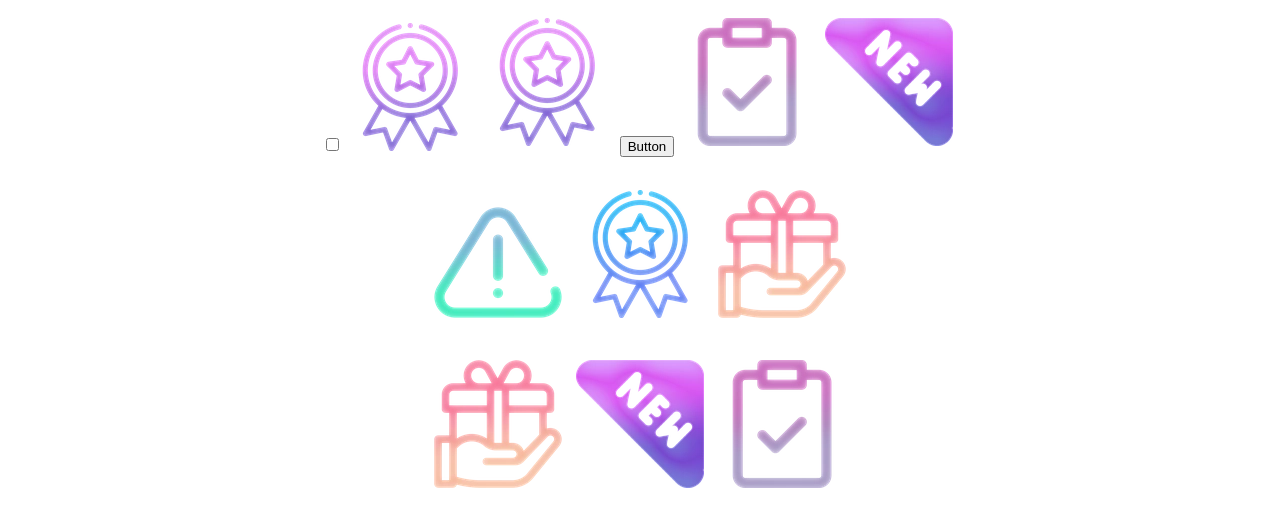
Repository: vichubenzene/-MWin_ui
Page: main.html
An editor plug-in stored every save of this project. The page is shown before and after the next save, followed by the edit.
The browser window is 1280 px wide. The pictures show the whole page.

Above is the page before, as saved 2022-10-10 11:29:26.

### main.html
<!DOCTYPE html>
<html>

<head>
    <style>
        .column {
            float: center;
            padding: 5px;
            min-width: "22vh";
            min-height: "22vh";
        }
        /* Clear floats after image containers */

        .row::after {
            content: "";
            float: center;
            clear: both;
            display: table;
        }
    </style>
</head>

<body>
    <div class="row" style=" text-align: center">
        <div class="column" style=" text-align: center">
            <input type="checkbox" id="myCheckbox1" />
            <label for="myCheckbox1"><img src="images/834538140450160661.png" /></label>
            <img src="images/834538140450160661.png" alt="Snow" style="padding: 5px">
            <button class="btn">Button</button>
            <img src="images/834541394987057242.png" alt="Snow" style="padding: 5px">
            <img src="images/834535415628562442 (1).png" alt="Snow" style=" padding: 5px">
        </div>
    </div>
    <br>
    <div class="row" style=" text-align: center">
        <div class="column" style=" text-align: center">
            <img src="images/834541395074613248.png" alt="Snow" style="padding: 5px">
            <img src="images/834541395930251336.png" alt="Snow" style="padding: 5px">
            <img src="images/834541395749371916.png" alt="Snow" style="padding: 5px">

        </div>
    </div>
    <br>
    <div class="row" style=" text-align: center">
        <div class="column" style=" text-align: center">
            <img src="images/834541395749371916.png" alt="Snow" style="padding: 5px">
            <img src="images/834535415628562442 (1).png" alt="Snow" style="padding: 5px">
            <img src="images/834541394987057242.png" alt="Snow" style="padding: 5px">
        </div>
    </div>


</body>

</html>

After the next save:
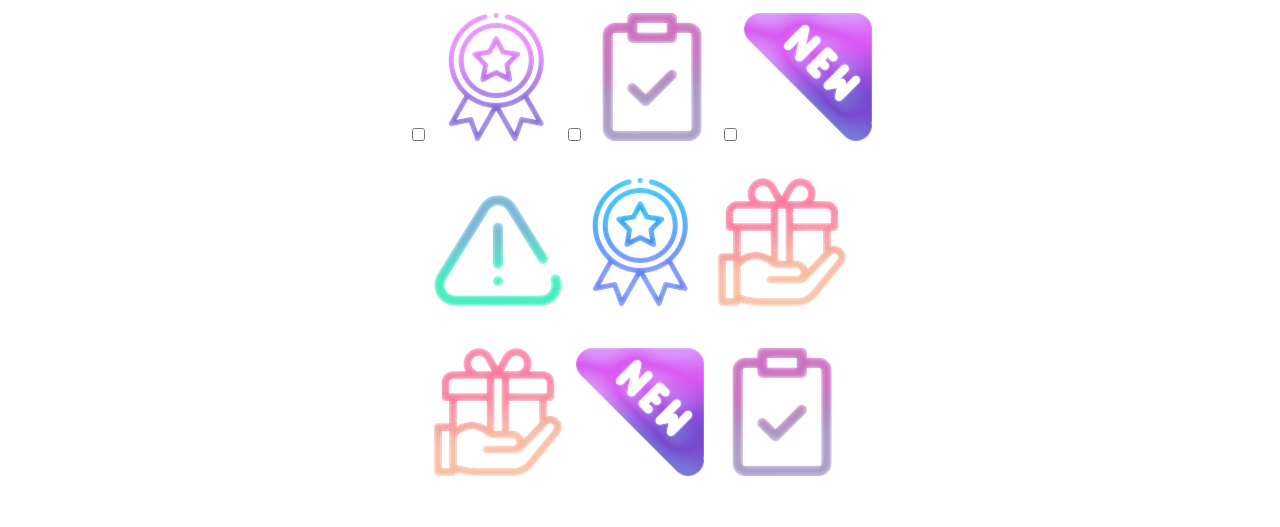
Saved 2 min 35 s later.
--- a/main.html
+++ b/main.html
@@ -25,10 +25,11 @@
         <div class="column" style=" text-align: center">
             <input type="checkbox" id="myCheckbox1" />
             <label for="myCheckbox1"><img src="images/834538140450160661.png" /></label>
-            <img src="images/834538140450160661.png" alt="Snow" style="padding: 5px">
-            <button class="btn">Button</button>
-            <img src="images/834541394987057242.png" alt="Snow" style="padding: 5px">
-            <img src="images/834535415628562442 (1).png" alt="Snow" style=" padding: 5px">
+            <input type="checkbox" id="myCheckbox1" />
+            <label for="myCheckbox1"><img src="images/834541394987057242.png" /></label>
+            <input type="checkbox" id="myCheckbox1" />
+            <label for="myCheckbox1"><img src="images/834535415628562442 (1).png" /></label>
+
         </div>
     </div>
     <br>
